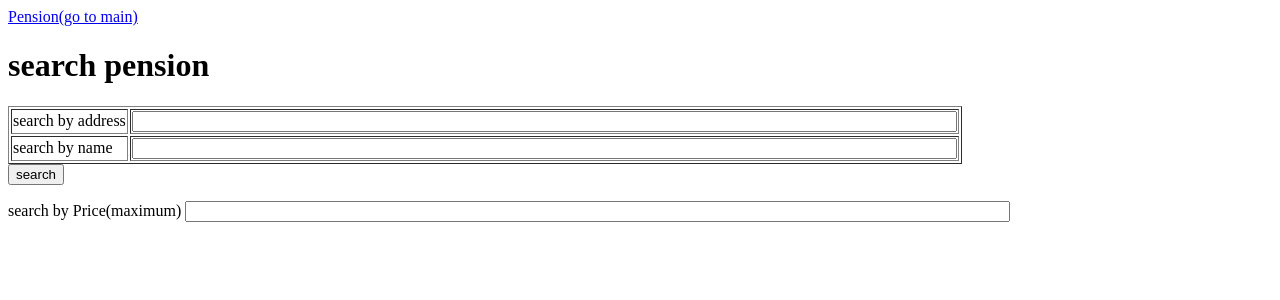
Repository: spero-spera/termproject
Page: http://localhost/pension/search.php
The author's editor kept a record of every edit. The page is drawn from the files as they stood at one moment, then again after the next edit.
The browser window is 1280 px wide. The pictures show the whole page.
The page is run by PHP 8.4 with error messages shown; the project is at /var/www/html/.

Above is the page before.

### pension/search.php
<div id="home"><a href="../index.php">Pension(go to main)</a></div>


<doctype html>

<html>
<head>
<title>search page</title>
</head>
<body>
<form name="add" method="post" action="list_pension.php">
 <h1>search pension</h1>
 <table border="1">
     <tr>
   <td>search by address</td>
   <td><input type="text" size="100" name="addr"></td>
  </tr>
    <tr>
   <td>search by name</td>
   <td><input type="text" size="100" name="name"></td>
  </tr>
  </table>
 <input type=submit value="search">
</form>

  <tr>
   <td>search by Price(maximum)</td>
   <td><input type="text" size="100" name="Price"></td>
  </tr>
</body>
</html>

After the next edit:
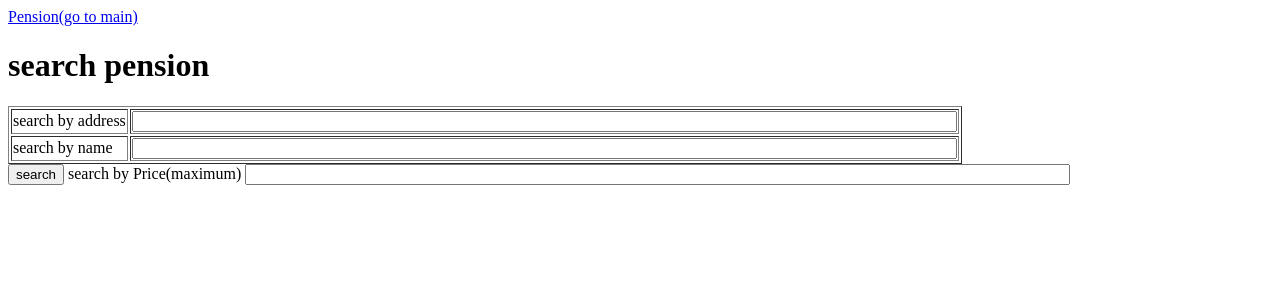
The edit:
--- a/pension/search.php
+++ b/pension/search.php
@@ -21,7 +21,7 @@
   </tr>
   </table>
  <input type=submit value="search">
-</form>
+
 
   <tr>
    <td>search by Price(maximum)</td>
